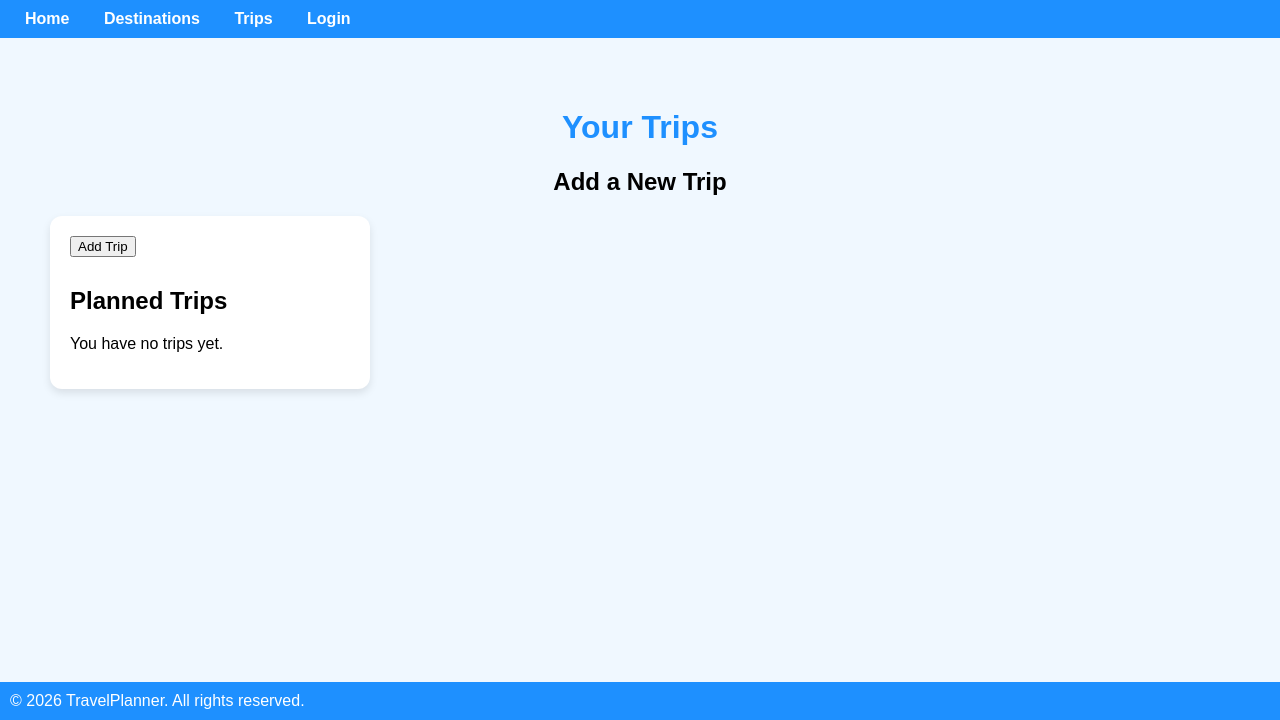
Repository: OCEANIC7/GROUP9
Page: planner/templates/planner/trips.html
The author's editor kept a copy of each file at every save. The page is drawn from the files as they stood at one save, then again after a run of saves.
The browser window is 1280 px wide. The pictures show the whole page.
The template is drawn by Django 5.2. The application's start-up code is not run. The template is opened directly, without the code that normally fills it, so the values that code supplies are empty.

Above is the page before, as saved 2026-02-03 02:39:42.

After the next 4 saves:
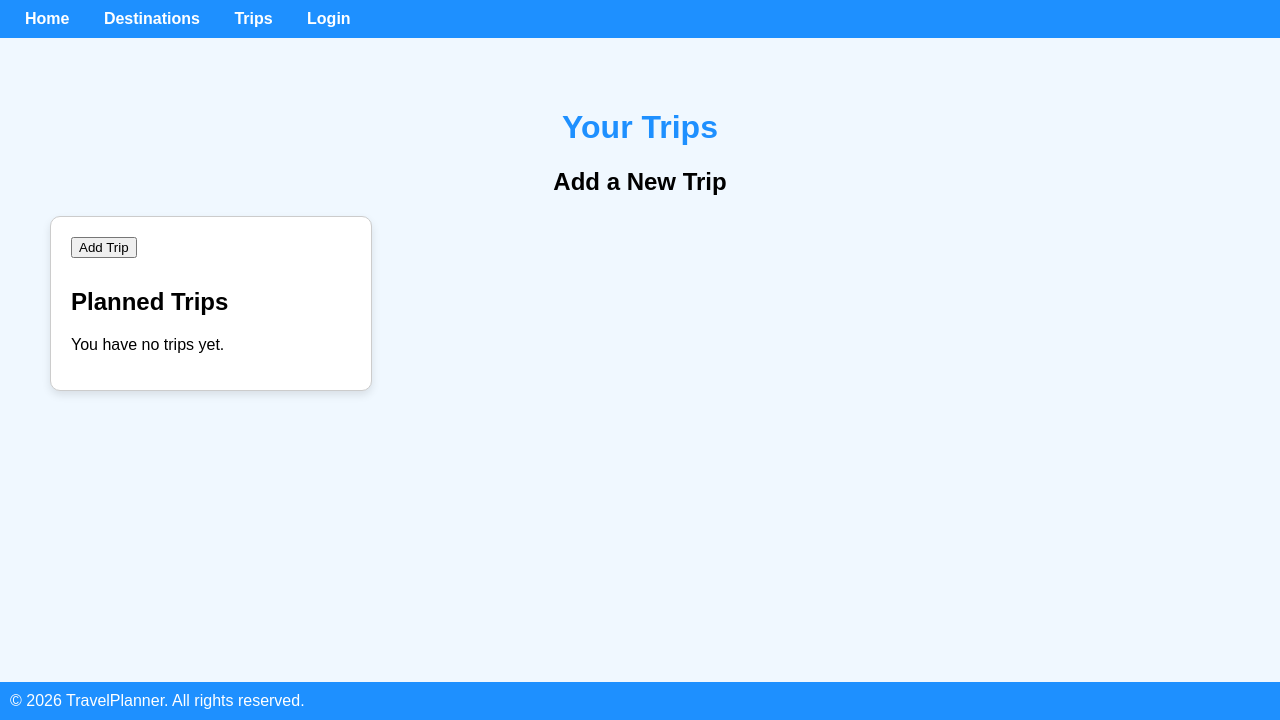
The 4 saves are shown as one change because they came seconds apart.
The last was saved 3 min 7 s later.
--- a/travelplanner/planner/templates/planner/trips.html
+++ b/travelplanner/planner/templates/planner/trips.html
@@ -6,7 +6,7 @@
 <h1>Your Trips</h1>
 
 <h2>Add a New Trip</h2>
-<div class="trip-card" style=>
+<div class="trip-card" style="max-width:600px; margin-bottom:40px; padding:20px; border:1px solid #ccc; border-radius:10px;">
 <form method="POST" style="margin-bottom:30px;">
     {% csrf_token %}
     {{ form.as_p }}
